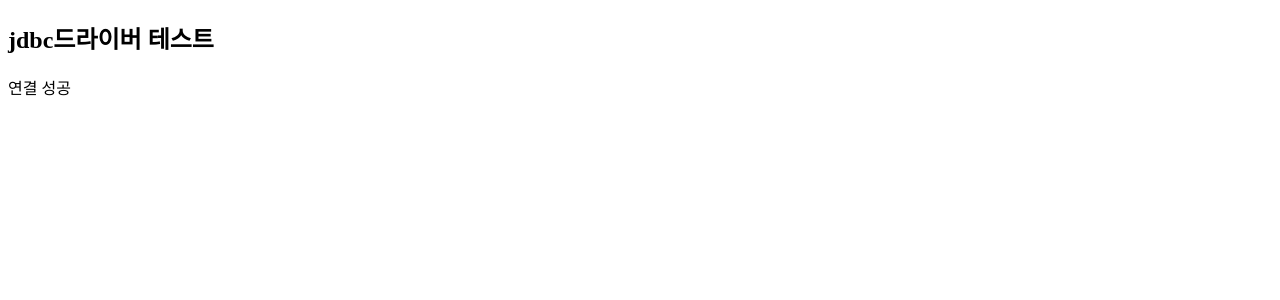
Repository: lty516/jspwork
Page: http://localhost/DBproject/
An editor plug-in stored every save of this project. The page is shown before and after the next save, followed by the edit.
The browser window is 1280 px wide. The pictures show the whole page.
The page is served by Tomcat 9. Other server files are loaded and not shown.

Above is the page before, as saved 2020-08-18 04:02:22.

### DBproject/WebContent/index.jsp
<%@ page  contentType="text/html; charset=utf-8"%>
<%@ page import="java.sql.*" %>
<!DOCTYPE html>
<html>
<head>
<meta charset="utf-8">
<title>Insert title here</title>
</head>
<body>
<h2>jdbc드라이버 테스트</h2>
<%
   Connection con = null;

   Class.forName("com.mysql.jdbc.Driver");
   String url = "jdbc:mysql://localhost:3306/world";
   con = DriverManager.getConnection(url, "root", "1111");

   if(con != null){
      out.println("연결 성공");
   }
   else {
      out.println("연결 실패");
   }
%>

</body>
</html>

After the next save:
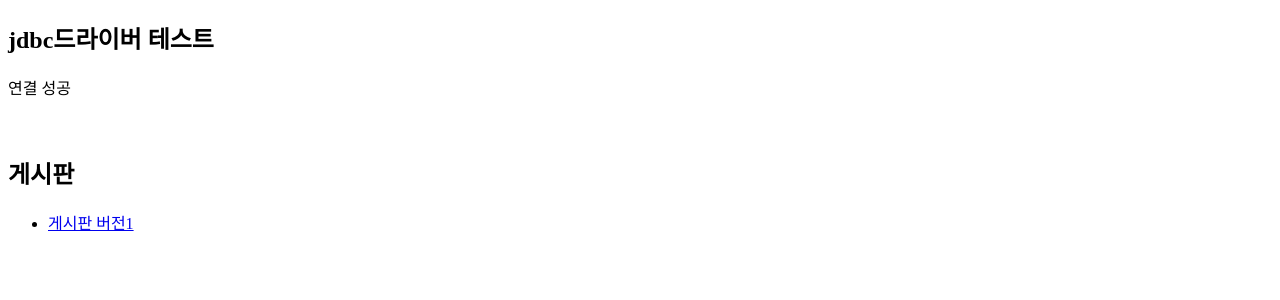
Saved 6 min 31 s later.
--- a/DBproject/WebContent/index.jsp
+++ b/DBproject/WebContent/index.jsp
@@ -22,6 +22,11 @@
       out.println("연결 실패");
    }
 %>
+<br><br><br>
 
+	<h2>게시판</h2>
+	<ul>
+		<li><a href="v1/list.jsp">게시판 버전1</a></li>
+	</ul>
 </body>
 </html>
